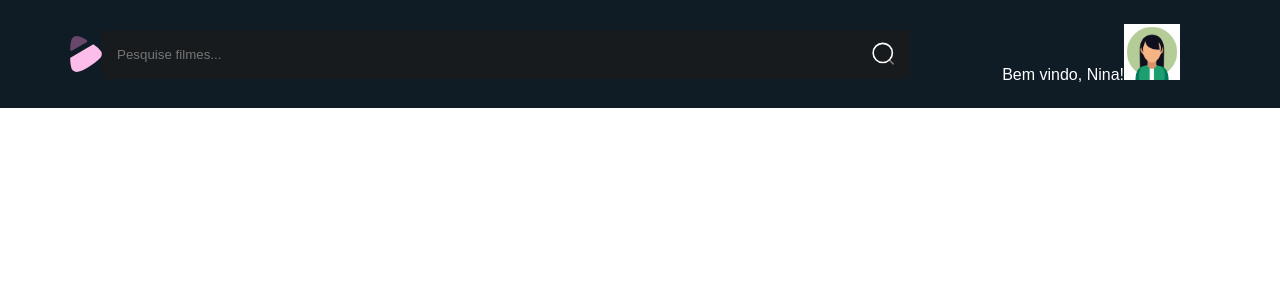
Repository: MilenaMelo/Cubos-Flix
Page: / (app in cubos-flix/)
The author's editor kept a copy of each file at every save. The page is drawn from the files as they stood at one save, then again after the next save.
The browser window is 1280 px wide. The pictures show the whole page.
The project was rebuilt for these pictures with package versions that can differ from the ones it lists, and the page was loaded fresh each time.

Above is the page before, as saved 2021-06-19 13:23:19.

### cubos-flix/public/index.html
<!DOCTYPE html>
<html lang="en">
  <head>
    <meta charset="utf-8" />
    <link rel="icon" href="%PUBLIC_URL%/favicon.ico" />
    <meta name="viewport" content="width=device-width, initial-scale=1" />
    <meta name="theme-color" content="#000000" />
    <meta
      name="description"
      content="Web site created using create-react-app"
    />
    <link rel="apple-touch-icon" href="%PUBLIC_URL%/logo192.png" />
    <link rel="manifest" href="%PUBLIC_URL%/manifest.json" />
    <title>Cubos Flix</title>
  </head>
  <body>
    <noscript>You need to enable JavaScript to run this app.</noscript>
    <div id="root"></div>

  </body>
</html>

### cubos-flix/src/App.js
import './App.css';
import Navbar from './components/Navbar';

function App() {
  return (
    <div className="app">
      <header>
        <Navbar/>
      </header>
    </div>
  );
}

export default App;

### cubos-flix/src/App.css
* {
    margin: 0px;
    font-family: Manrope, sans-serif;
    color: #FFFFFF;
}

.app {
    background-color: #1d2226;
}

### cubos-flix/src/components/Navbar/index.js
import './style.css'
import logo from '../../assets/images/logo.svg'
import search_icon from '../../assets/images/search-icon.svg'
import profile_img from '../../assets/images/profile.jpg'


function Navbar() {
    return (
        <header className='navbar'>
            <img src={logo} alt="logo"/>
            <div className='search-container'>
                <input className='search-input' type="text" name="Pesquisa" placeholder="Pesquise filmes..."/>
                <img className='search-img' src={search_icon} alt="Input de pesquisa"/>
            </div>
            <div className='profile-container'>
                <span>Bem vindo, Nina!</span>
                <img className='profile-img' src={profile_img} alt="Foto de perfil"/>
            </div>
        </header>
    );
}

export default Navbar;

### cubos-flix/src/components/Navbar/style.css
.navbar {
    display: flex;
    align-items: center;
    justify-content: space-evenly;
    padding: 24px 100px 24px 70px;
    background: #0F1C26;
    color: #FDFDFDFD;
}

.search-container {
    flex-grow: 1;
    position: relative;
    display: flex;
    margin-right: 92px;
}

.search-input {
    width: 100%;
    padding: 16px 14px;
    outline: 0;
    border: 1px solid transparent;
    background: #171b1e;
    color: #fff;
}

.search-img {
    width: 24px;
    height: 24px;
    cursor: pointer;
    align-self: center;
    position: absolute;
    z-index: 1;
    right: 15px;

}

.profile-img {
    height: 56px;
}

Loaded but not shown: cubos-flix/src/index.js (common file)

After the next save:
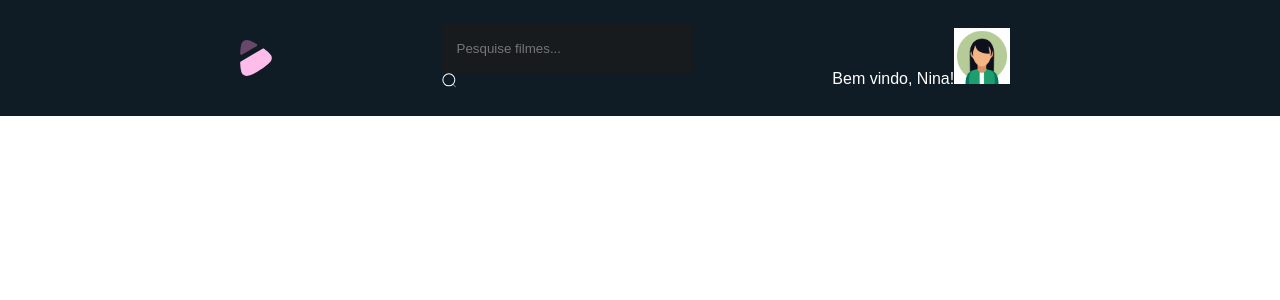
Saved 29 s later.
--- a/cubos-flix/src/components/Navbar/style.css
+++ b/cubos-flix/src/components/Navbar/style.css
@@ -8,10 +8,7 @@
 }
 
 .search-container {
-    flex-grow: 1;
-    position: relative;
-    display: flex;
-    margin-right: 92px;
+
 }
 
 .search-input {
@@ -24,13 +21,6 @@
 }
 
 .search-img {
-    width: 24px;
-    height: 24px;
-    cursor: pointer;
-    align-self: center;
-    position: absolute;
-    z-index: 1;
-    right: 15px;
 
 }
 
